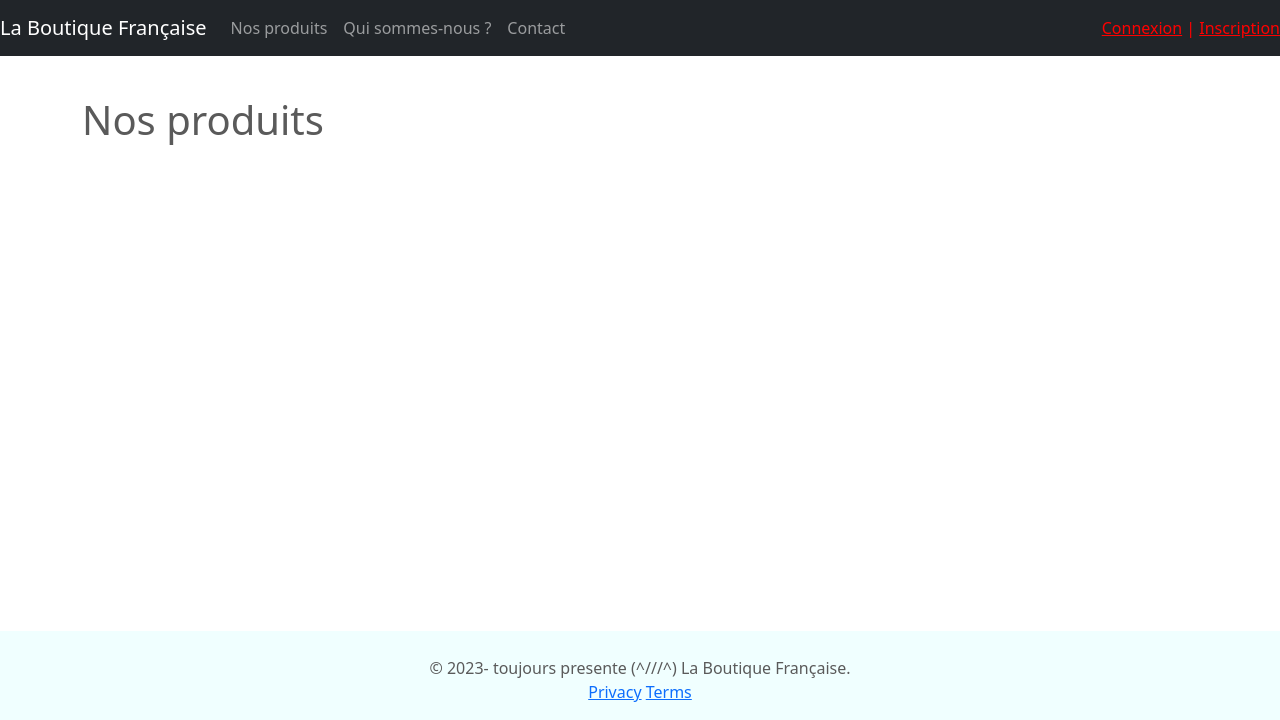
Repository: Coulibaly00180/laboutiquefrancaise
Page: templates/product/index.html.twig
The author's editor kept a copy of each file at every save. The page is drawn from the files as they stood at one save, then again after the next save.
The browser window is 1280 px wide. The pictures show the whole page.
The page is a Twig template of a Symfony application; nobody is signed in and links lead nowhere. The template is opened directly, without the code that normally fills it, so the values that code supplies are empty.

Above is the page before, as saved 2023-03-05 14:29:09.

### templates/product/index.html.twig
{% extends 'base.html.twig' %}

{% block title %}Nos produits - La Boutique Française{% endblock %}

{% block content %}
    <h1>Nos produits</h1>

    <div class="row">
        {% for product in products %}
            <div class="col-md-4">
                <div class="product-item text-center">
                    <img src="/uploads/{{ product.illustration }}" alt="{{ product.name }}" class="img-fluid">
                    <h5>{{ product.name }}</h5>
                    <span class="product-subtitle">{{ product.subtitle }}</span> <br>
                    <span class="product-price">{{ product.price }}</span>
                </div>
            </div>
        {% endfor %}
    </div>

{% endblock %}

### templates/base.html.twig
<!doctype html>
<html lang="fr">
<head>
    <meta charset="utf-8">
    <meta name="viewport" content="width=device-width, initial-scale=1, shrink-to-fit=no">
    <meta name="description" content="">
    <meta name="author" content="Coulibaly Abdoulaye Christian">
    <meta name="generator" content="Jekyll v4.1.1">
    <title>{% block title %}La Boutique Française - 100% Made in French{% endblock %}</title>

    <!-- Bootstrap core CSS -->
    <link href="{{ asset('assets/css/bootstrap.min.css') }}" rel="stylesheet">
    <link href="{{ asset('assets/css/style.css') }}" rel="stylesheet">

    <style>
        .bd-placeholder-img {
            font-size: 1.125rem;
            text-anchor: middle;
            -webkit-user-select: none;
            -moz-user-select: none;
            -ms-user-select: none;
            user-select: none;
        }

        @media (min-width: 768px) {
            .bd-placeholder-img-lg {
                font-size: 3.5rem;
            }
        }
    </style>
    <!-- Custom styles for this template -->
    <link href="{{ asset('assets/css/carousel.css') }}" rel="stylesheet">
</head>
<body>
    <header>
        <nav class="navbar navbar-expand-md navbar-dark fixed-top bg-dark">
            <a class="navbar-brand" href="{{path('app_home') }}">La Boutique Française</a>
            <button class="navbar-toggler" type="button" data-toggle="collapse" data-target="#navbarCollapse" aria-controls="navbarCollapse" aria-expanded="false" aria-label="Toggle navigation">
                <span class="navbar-toggler-icon"></span>
            </button>
            <div class="collapse navbar-collapse" id="navbarCollapse">
                <ul class="navbar-nav me-auto mb-2 mb-md-0">
                    <li class="nav-item active">
                        <a class="nav-link" href="{{path('app_products') }}">Nos produits</a>
                    </li>
                    <li class="nav-item">
                        <a class="nav-link" href="#">Qui sommes-nous ?</a>
                    </li>
                    <li class="nav-item">
                        <a class="nav-link" href="#">Contact</a>
                    </li>

                </ul>

                <div class="navbar-item-custom">
                    {% if app.user %}
                        <a href=" {{path('app_account') }}">Mon compte <small>( {{app.user.lastName}} )</small></a> | <a href=" {{ path('app_logout') }}">Déconnexion</a>
                    {% else %}
                        <a href=" {{ path('app_login') }}">Connexion</a> | <a href="{{ path('app_register') }}">Inscription</a>
                    {% endif %}
                </div>

            </div>
        </nav>
    </header>

    <main role="main">

        {% if block('carousel') is defined %}

        <div id="myCarousel" class="carousel slide" data-ride="carousel">
            <ol class="carousel-indicators">
                <li data-target="#myCarousel" data-slide-to="0" class="active"></li>
                <li data-target="#myCarousel" data-slide-to="1"></li>
                <li data-target="#myCarousel" data-slide-to="2"></li>
            </ol>
            <div class="carousel-inner">
                <div class="carousel-item active">
                    <svg class="bd-placeholder-img" width="100%" height="100%" xmlns="http://www.w3.org/2000/svg" preserveAspectRatio="xMidYMid slice" focusable="false" role="img"><rect width="100%" height="100%" fill="#777"/></svg>
                    <div class="container">
                        <div class="carousel-caption text-left">
                            <h1>Example headline.</h1>
                            <p>Cras justo odio, dapibus ac facilisis in, egestas eget quam. Donec id elit non mi porta gravida at eget metus. Nullam id dolor id nibh ultricies vehicula ut id elit.</p>
                            <p><a class="btn btn-lg btn-primary" href="#" role="button">Sign up today</a></p>
                        </div>
                    </div>
                </div>
                <div class="carousel-item">
                    <svg class="bd-placeholder-img" width="100%" height="100%" xmlns="http://www.w3.org/2000/svg" preserveAspectRatio="xMidYMid slice" focusable="false" role="img"><rect width="100%" height="100%" fill="#777"/></svg>
                    <div class="container">
                        <div class="carousel-caption">
                            <h1>Another example headline.</h1>
                            <p>Cras justo odio, dapibus ac facilisis in, egestas eget quam. Donec id elit non mi porta gravida at eget metus. Nullam id dolor id nibh ultricies vehicula ut id elit.</p>
                            <p><a class="btn btn-lg btn-primary" href="#" role="button">Learn more</a></p>
                        </div>
                    </div>
                </div>
                <div class="carousel-item">
                    <svg class="bd-placeholder-img" width="100%" height="100%" xmlns="http://www.w3.org/2000/svg" preserveAspectRatio="xMidYMid slice" focusable="false" role="img"><rect width="100%" height="100%" fill="#777"/></svg>
                    <div class="container">
                        <div class="carousel-caption text-right">
                            <h1>One more for good measure.</h1>
                            <p>Cras justo odio, dapibus ac facilisis in, egestas eget quam. Donec id elit non mi porta gravida at eget metus. Nullam id dolor id nibh ultricies vehicula ut id elit.</p>
                            <p><a class="btn btn-lg btn-primary" href="#" role="button">Browse gallery</a></p>
                        </div>
                    </div>
                </div>
            </div>
            <a class="carousel-control-prev" href="#myCarousel" role="button" data-slide="prev">
                <span class="carousel-control-prev-icon" aria-hidden="true"></span>
                <span class="sr-only">Previous</span>
            </a>
            <a class="carousel-control-next" href="#myCarousel" role="button" data-slide="next">
                <span class="carousel-control-next-icon" aria-hidden="true"></span>
                <span class="sr-only">Next</span>
            </a>
        </div>

        {% endif %}


        <!-- Marketing messaging and featurettes
        ================================================== -->
        <!-- Wrap the rest of the page in another container to center all the content. -->

        <div class="container marketing {% if block('carousel') is not defined %} mt-5 {% endif %}">

            {% block content %}

            {% endblock %}

        </div><!-- /.container -->

        <!-- FOOTER -->
        <footer class="footer-custom">
            <p>&copy; 2023- toujours presente (^///^) La Boutique Française. <br>
                <a href="#">Privacy</a> <a href="#">Terms</a>
            </p>
        </footer>
    </main>
    <script src="https://code.jquery.com/jquery-3.5.1.slim.min.js"></script>
    <script src="{{ asset('assets/js/bootstrap.bundle.js') }}"></script>
</body>
</html>

### public/assets/css/style.css
.navbar-item-custom, .navbar-item-custom a{
    color: red;
}

.footer-custom{
    text-align: center;
    position: fixed;
    bottom: 0;
    width: 100%;
    background-color: azure;
    padding-top: 25px;
}

.product-item {
    margin-top: 15px;
}

.product-item h5{
    text-transform: uppercase;
    font-size: 18px;
    margin-bottom: 1px;
}

.product-item .product-subtitle{
    font-size: 14px;
    display: block;
    margin-bottom: 10px;
}

.product-item .product-price{
    font-size: 14px;
    font-weight: bold;
    color: red;
}

### public/assets/css/carousel.css
/* GLOBAL STYLES
-------------------------------------------------- */
/* Padding below the footer and lighter body text */

body {
    padding-top: 3rem;
    padding-bottom: 3rem;
    color: #5a5a5a;
}


/* CUSTOMIZE THE CAROUSEL
-------------------------------------------------- */

/* Carousel base class */
.carousel {
    margin-bottom: 4rem;
}
/* Since positioning the image, we need to help out the caption */
.carousel-caption {
    bottom: 3rem;
    z-index: 10;
}

/* Declare heights because of positioning of img element */
.carousel-item {
    height: 32rem;
}
.carousel-item > img {
    position: absolute;
    top: 0;
    left: 0;
    min-width: 100%;
    height: 32rem;
}


/* MARKETING CONTENT
-------------------------------------------------- */

/* Center align the text within the three columns below the carousel */
.marketing .col-lg-4 {
    margin-bottom: 1.5rem;
    text-align: center;
}
.marketing h2 {
    font-weight: 400;
}
.marketing .col-lg-4 p {
    margin-right: .75rem;
    margin-left: .75rem;
}


/* Featurettes
------------------------- */

.featurette-divider {
    margin: 5rem 0; /* Space out the Bootstrap <hr> more */
}

/* Thin out the marketing headings */
.featurette-heading {
    font-weight: 300;
    line-height: 1;
    letter-spacing: -.05rem;
}


/* RESPONSIVE CSS
-------------------------------------------------- */

@media (min-width: 40em) {
    /* Bump up size of carousel content */
    .carousel-caption p {
        margin-bottom: 1.25rem;
        font-size: 1.25rem;
        line-height: 1.4;
    }

    .featurette-heading {
        font-size: 50px;
    }
}

@media (min-width: 62em) {
    .featurette-heading {
        margin-top: 7rem;
    }
}

Loaded but not shown: public/assets/css/bootstrap.min.css (library); public/assets/js/bootstrap.bundle.js (library)

After the next save:
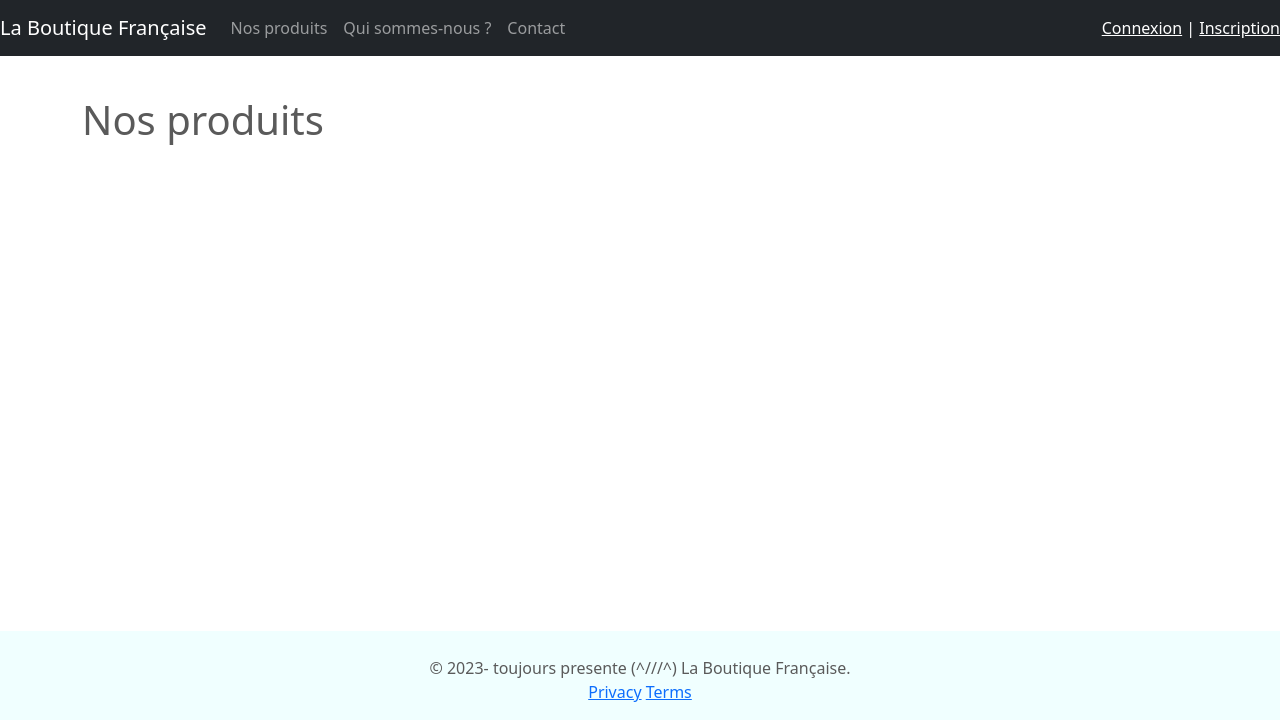
Saved 6 s later.
--- a/public/assets/css/style.css
+++ b/public/assets/css/style.css
@@ -1,5 +1,5 @@
 .navbar-item-custom, .navbar-item-custom a{
-    color: red;
+    color: #fff;
 }
 
 .footer-custom{
